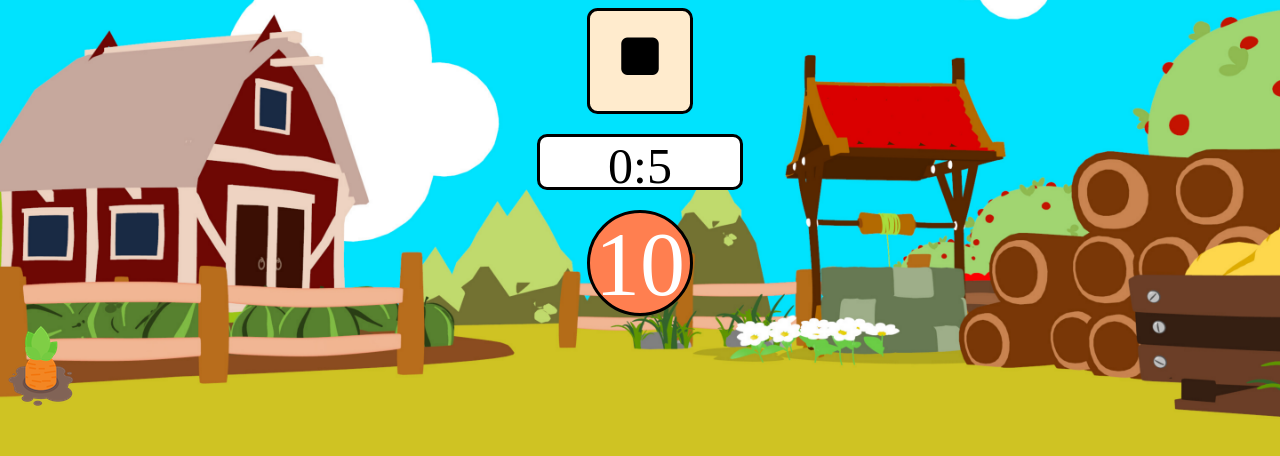
Repository: rumor1993/DreamCoding-Browser101
Page: Chapter07/index.html
An editor plug-in stored every save of this project. The page is shown before and after the next save, followed by the edit.
The browser window is 1280 px wide. The pictures show the whole page.
Some web libraries are served in a nearby version.

Above is the page before, as saved 2021-01-01 13:49:55.

### Chapter07/index.html
<!DOCTYPE html>
<html lang="en">
  <head>
    <meta charset="UTF-8" />
    <meta name="viewport" content="width=device-width, initial-scale=1.0" />
    <title>Document</title>
    <style>
      body {
        background-repeat: no-repeat;
        background-size: cover;
        background-image: url("carrot/img/background.png");
      }

      .stop {
        position: relative;
        background-color: blanchedalmond;
        width: 100px;
        height: 100px;
        font-size: 50px;
        margin: auto;
        text-align: center;
        border: 3px solid black;
        border-radius: 10%;
      }

      .stop i {
        margin-top: 20%;
      }

      .timer {
        position: relative;
        width: 200px;
        height: 50px;
        margin: 20px auto;
        background-color: white;
        border: 3px solid black;
        border-radius: 10px;
      }

      .carrot-count {
        margin: 10px auto;
        background-color: coral;
        width: 100px;
        height: 100px;
        border-radius: 100%;
        border: 3px solid black;
      }

      .count {
        text-align: center;
        font-size: 90px;
        color: white;
      }

      .carrot {
        width: 100px;
        height: 100px;
        background-image: url("carrot/img/carrot.png");
        background-repeat: no-repeat;
      }

      .bug {
        width: 100%;
        height: 100%;
        background-image: url("carrot/img/bug.png");
        background-repeat: no-repeat;
      }

      .time {
        text-align: center;
        font-size: 50px;
      }
    </style>
    <script src="https://kit.fontawesome.com/86c035f01d.js" crossorigin="anonymous"></script>
  </head>
  <body>
    <div class="stop">
      <i class="fas fa-stop"></i>
    </div>
    <div class="timer">
      <div class="time">0:5</div>
    </div>
    <div class="carrot-count">
      <div class="count">10</div>
    </div>

    <div class="carrot"></div>
    <div class="bug"></div>
  </body>
</html>

After the next save:
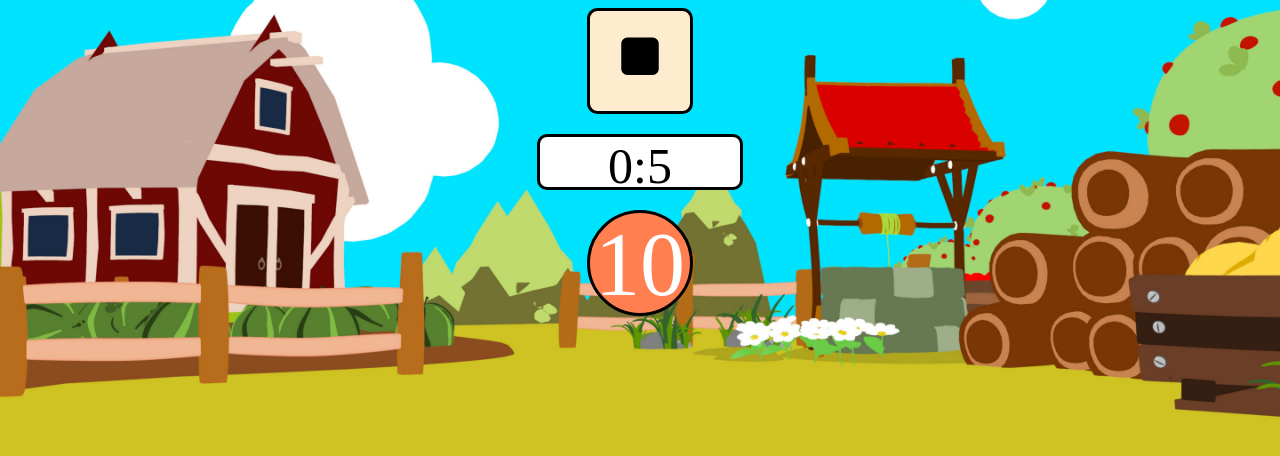
Saved 5 s later.
--- a/Chapter07/index.html
+++ b/Chapter07/index.html
@@ -53,8 +53,8 @@
       }
 
       .carrot {
-        width: 100px;
-        height: 100px;
+        width: 100%;
+        height: 100%;
         background-image: url("carrot/img/carrot.png");
         background-repeat: no-repeat;
       }

After the 3 saves that followed:
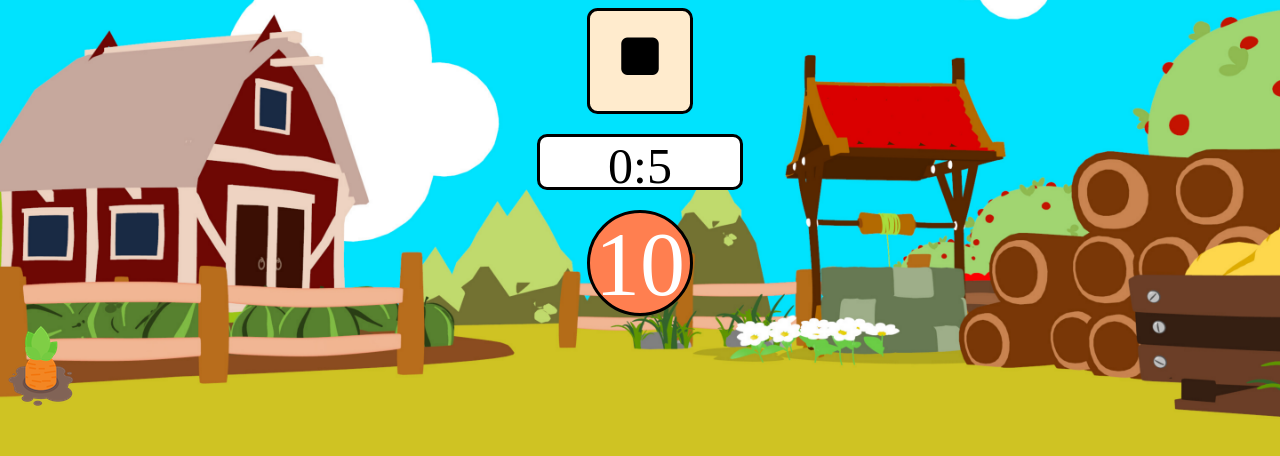
The 3 saves are shown as one change because 1 left the picture as it was and some came seconds apart.
The last was saved 17 s later.
--- a/Chapter07/index.html
+++ b/Chapter07/index.html
@@ -53,8 +53,8 @@
       }
 
       .carrot {
-        width: 100%;
-        height: 100%;
+        width: 100px;
+        height: 100px;
         background-image: url("carrot/img/carrot.png");
         background-repeat: no-repeat;
       }
